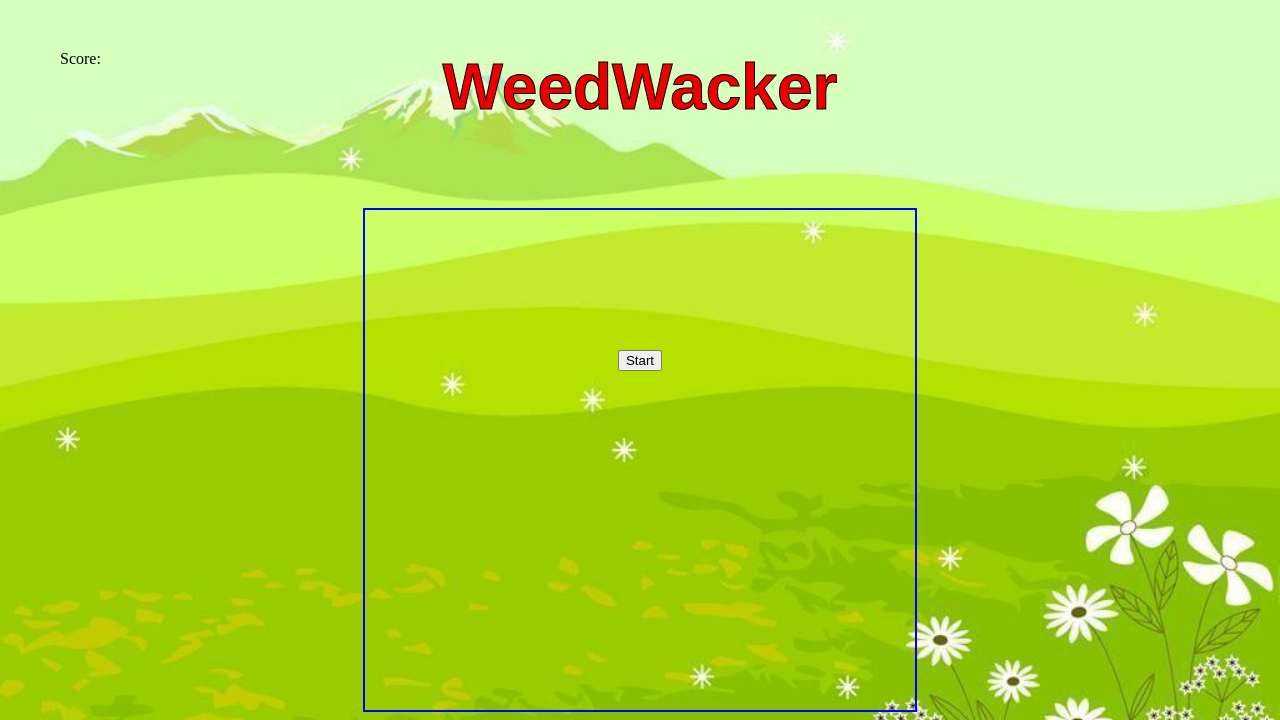
Repository: AustinW24/weedwacker
Page: index.html
An editor plug-in stored every save of this project. The page is shown before and after the next save, followed by the edit.
The browser window is 1280 px wide. The pictures show the whole page.
Some web fonts or font styles are not loaded; a fallback is used.

Above is the page before, as saved 2022-02-09 09:51:59.

### index.html
<!DOCTYPE html>
<html lang="en">

<head>
    <meta charset="UTF-8">
    <meta name="viewport" content="width=device-width, initial-scale=1.0">
    <meta http-equiv="X-UA-Compatible" content="ie=edge">
    <title>WeedWacker</title>
    <link href="http://fonts.cdnfonts.com/css/common-pixel" rel="stylesheet">
    <link rel="stylesheet" href="style.css">
</head>

<body>
    <div class="container">

        <div class="score">Score: </div>
        <div class="heading">
            <h1 class="title">WeedWacker</h1>
        </div>
        <div class="start">
            <button onClick="startGame()">Start</button>
        </div>
        <div class="grid"></div>

    </div>
    <script src="main.js"></script>
</body>

</html>

### style.css
* {
    box-sizing: border-box;
    margin: 0 auto;
}

.container {
    height: 100vh;
    width: 100vw;
    background: url("/assets/wwbackground.jpg") no-repeat center;
    background-size: 100%;
    display: flex;
    align-items: center;
    justify-content: center;
    position: relative;
}

.grid {
    display: grid;
    place-items: center;
    grid-template-columns: repeat(3, 1fr);
    grid-template-rows: repeat(3, 1fr);
    column-gap: 10px;
    row-gap: 15px;
    width: 550px;
    height: 500px;
    position: absolute;
    bottom: 0;
    margin-bottom: 10px;
    outline: 2px solid blue;
    justify-content: center;
}

.heading {
    display: flex;
    position: absolute;
    top: 0;
    margin-top: 50px;
    font-family: 'Common Pixel', sans-serif;
    color: rgb(235, 0, 0);
    font-size: 2rem;
    -webkit-text-stroke-width: 1px;
    -webkit-text-stroke-color: black;
}

.score {
    left: 0;
    position: absolute;
    top: 0;
    margin-top: 50px;
    margin-left: 60px;
}

### main.js
let score = 0;

After the next save:
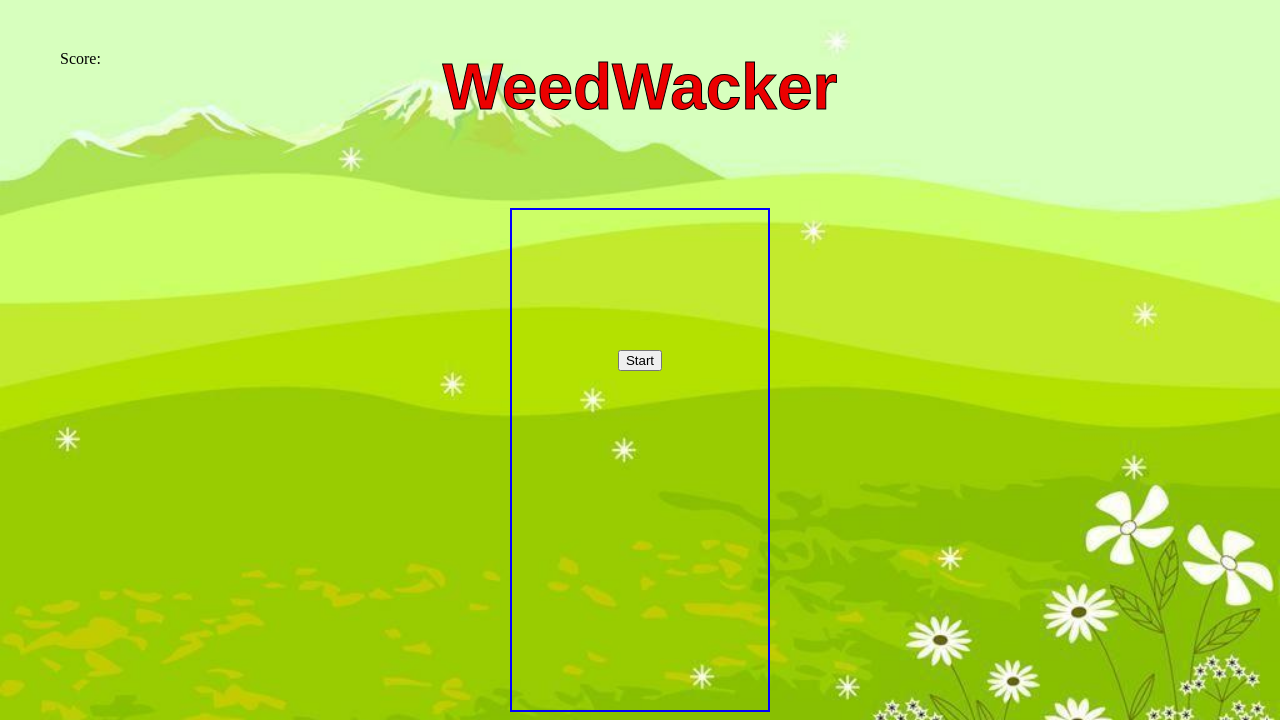
Saved 90 s later.
--- a/style.css
+++ b/style.css
@@ -21,7 +21,7 @@
     grid-template-rows: repeat(3, 1fr);
     column-gap: 10px;
     row-gap: 15px;
-    width: 550px;
+    width: 20%;
     height: 500px;
     position: absolute;
     bottom: 0;
